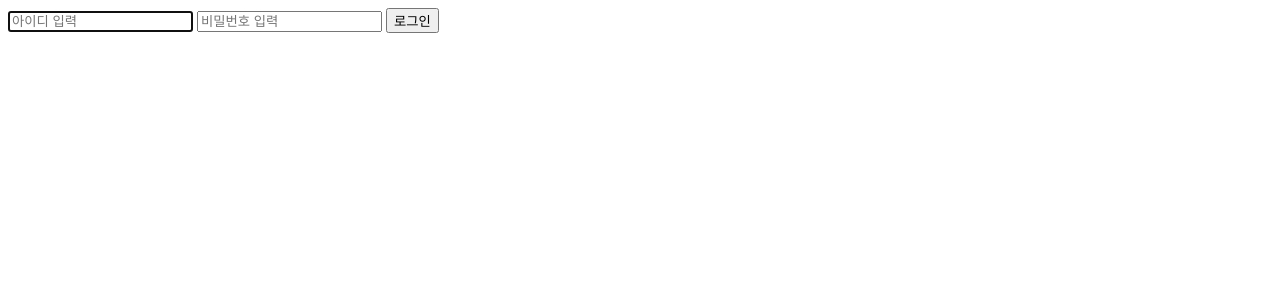
Repository: HyoJun-A/jsp
Page: practice01/WebContent/WEB-INF/loginForm.html
These files come from the project's save history. The page is drawn as it stood at one moment and after the next save; the edit follows.
The browser window is 1280 px wide. The pictures show the whole page.

Above is the page before, as saved 2022-10-17 09:17:37.

### practice01/WebContent/WEB-INF/loginForm.html
<!DOCTYPE html>
<html>
<head>
<meta charset="UTF-8">
<title>로그인 폼</title>
</head>
<body>
	<form action="test05.jsp" name="loginForm" method="post">
		<input type="text" name="id" id="id" placeholder="아이디 입력" autofocus required>
		<input type="password" name="pw" id="pw" placeholder="비밀번호 입력">
		<input type="submit" value="로그인">
	</form>
</body>
</html>

After the next save:
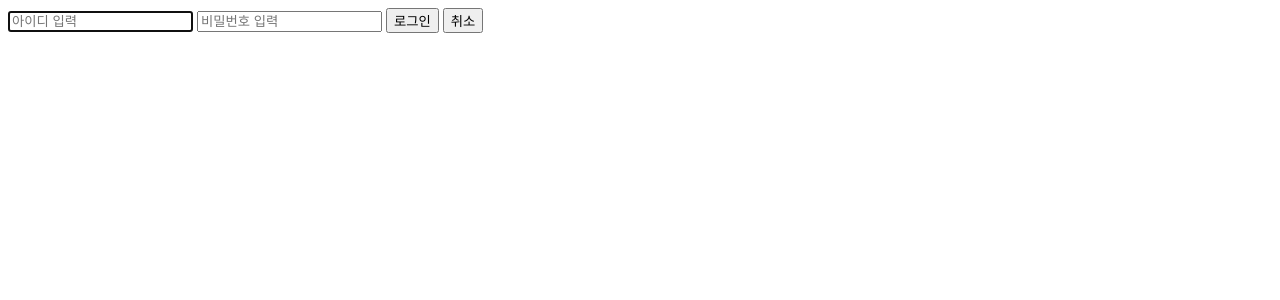
Saved 13 s later.
--- a/practice01/WebContent/WEB-INF/loginForm.html
+++ b/practice01/WebContent/WEB-INF/loginForm.html
@@ -9,6 +9,7 @@
 		<input type="text" name="id" id="id" placeholder="아이디 입력" autofocus required>
 		<input type="password" name="pw" id="pw" placeholder="비밀번호 입력">
 		<input type="submit" value="로그인">
+		<input type="reset" value="취소">
 	</form>
 </body>
 </html>
